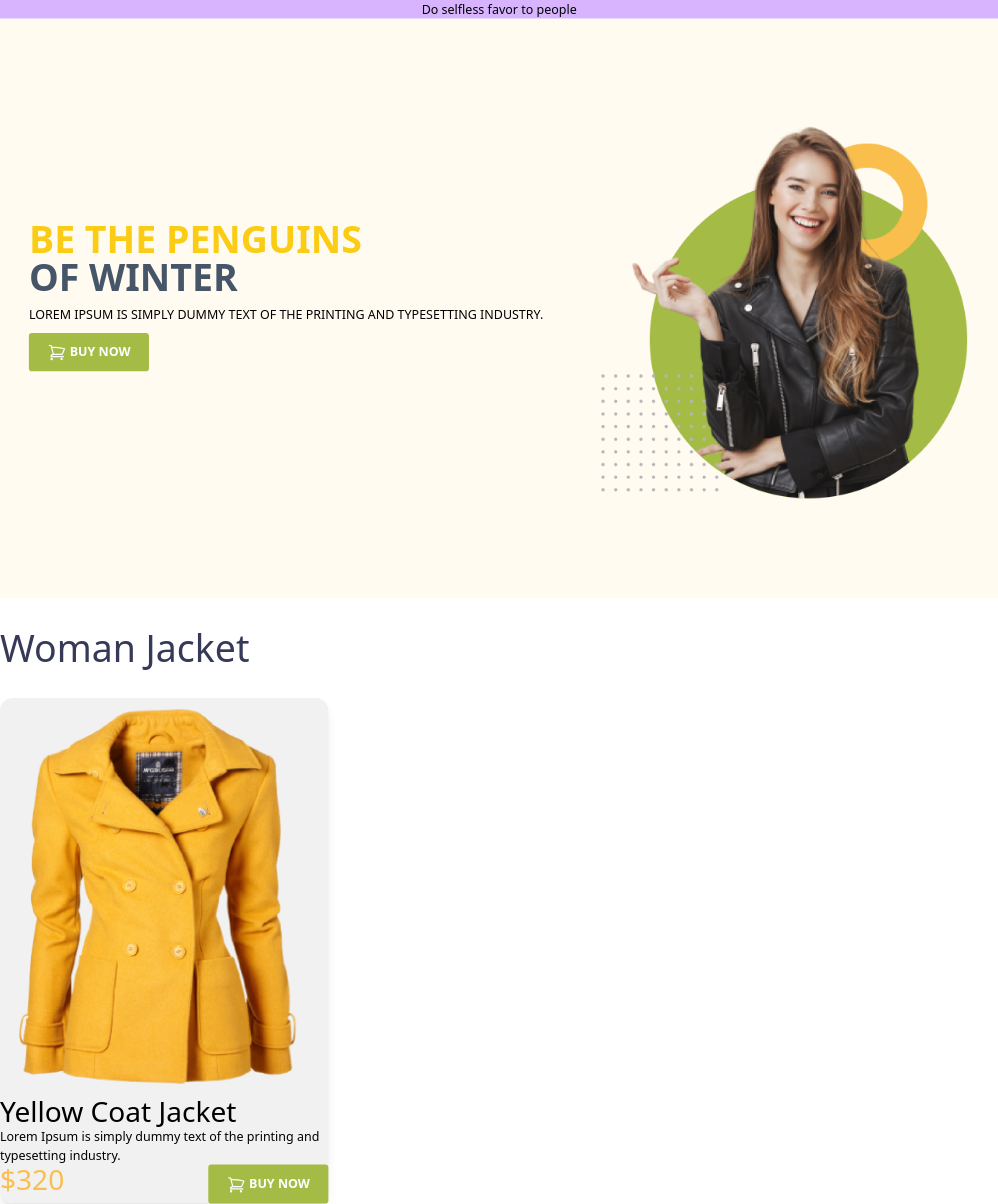
Repository: zjria/penguin-e-commerce-fashion
Page: index.html
An editor plug-in stored every save of this project. The page is shown before and after the next save, followed by the edit.
The browser window is 1280 px wide. The pictures show the whole page, at 78% of full size.
Some web libraries are served in a nearby version.

Above is the page before, as saved 2022-10-07 07:54:51.

### index.html
<!DOCTYPE html>
<html lang="en">

<head>
    <meta charset="UTF-8">
    <meta http-equiv="X-UA-Compatible" content="IE=edge">
    <meta name="viewport" content="width=device-width, initial-scale=1.0">
    <title>Penguin E-commerce</title>
    <!-- Google Fonts Link -->
    <link rel="preconnect" href="https://fonts.googleapis.com">
    <link rel="preconnect" href="https://fonts.gstatic.com" crossorigin>
    <link href="https://fonts.googleapis.com/css2?family=Bebas+Neue&family=Roboto:wght@100;300;400;500&display=swap"
        rel="stylesheet">

    <!-- Tailwind CSS CDN link -->
    <script src="https://cdn.tailwindcss.com"></script>
    <script>
        tailwind.config = {
            theme: {
                extend: {
                    colors: {
                        clifford: '#da373d',
                        header_bg: '#FFFBF0',
                        main_text_color: '#363958',
                        price_color: '#FABE4C',
                        card_bg: '#F1F1F1',
                        full_card_bg: '#FFFFFF'
                    }
                }
            }
        }
    </script>
</head>

<body>
    <h2 class="bg-purple-300 text-center font-header_text">Do selfless favor to people</h2>


    <!-- Header Section -->
    <header class="bg-header_bg pb-32 pt-24">
        <section class="container mx-auto uppercase sm:flex items-center justify-around">
            <div class="space-y-3">
                <h1 class="text-2xl sm:text-5xl font-bold font-header_text">
                    <span class="text-yellow-400">Be the Penguins</span> <br>
                    <span class="text-slate-600">of Winter</span>
                </h1>
                <p class="font-anther_text">Lorem Ipsum is simply dummy text of the printing
                    and typesetting industry.</p>
                <button class="uppercase bg-[#A4BC46] py-3 px-6 text-white font-semibold rounded font-anther_text"> <svg
                        xmlns="http://www.w3.org/2000/svg" fill="none" viewBox="0 0 24 24" stroke-width="1.5"
                        stroke="currentColor" class="w-6 h-6 inline text-white">
                        <path stroke-linecap="round" stroke-linejoin="round"
                            d="M2.25 3h1.386c.51 0 .955.343 1.087.835l.383 1.437M7.5 14.25a3 3 0 00-3 3h15.75m-12.75-3h11.218c1.121-2.3 2.1-4.684 2.924-7.138a60.114 60.114 0 00-16.536-1.84M7.5 14.25L5.106 5.272M6 20.25a.75.75 0 11-1.5 0 .75.75 0 011.5 0zm12.75 0a.75.75 0 11-1.5 0 .75.75 0 011.5 0z" />
                    </svg>
                    Buy Now</button>
            </div>
            <div class="pt-8 sm:pt-8">
                <img class=" w-1/2 sm:w-full" src="images/model.png" alt="">
            </div>
        </section>
    </header>

    <!-- Main Section Start -->
    <main>
        <section class="container mx-auto">
            <h2 class="text-5xl my-10 text-main_text_color font-header_text">Woman Jacket</h2>
            <div class="grid grid-cols-3 gap-2 full_card_bg">
                <div class="bg-card_bg rounded-2xl shadow-lg">
                    <div class="p-3">
                        <img src="images/jacket-1.png" alt="">
                    </div>
                    <h3 class="text-4xl">Yellow Coat Jacket</h3>
                    <p>Lorem Ipsum is simply dummy text of the
                        printing and typesetting industry.</p>
                    <div class="flex justify-between">
                        <h3 class="text-4xl text-price_color">$320</h3>
                        <button
                            class="uppercase bg-[#A4BC46] py-3 px-6 text-white font-semibold rounded font-anther_text">
                            <svg xmlns="http://www.w3.org/2000/svg" fill="none" viewBox="0 0 24 24" stroke-width="1.5"
                                stroke="currentColor" class="w-6 h-6 inline text-white">
                                <path stroke-linecap="round" stroke-linejoin="round"
                                    d="M2.25 3h1.386c.51 0 .955.343 1.087.835l.383 1.437M7.5 14.25a3 3 0 00-3 3h15.75m-12.75-3h11.218c1.121-2.3 2.1-4.684 2.924-7.138a60.114 60.114 0 00-16.536-1.84M7.5 14.25L5.106 5.272M6 20.25a.75.75 0 11-1.5 0 .75.75 0 011.5 0zm12.75 0a.75.75 0 11-1.5 0 .75.75 0 011.5 0z" />
                            </svg>
                            Buy Now</button>
                    </div>
                </div>
            </div>
        </section>
    </main>

</body>

</html>

After the next save:
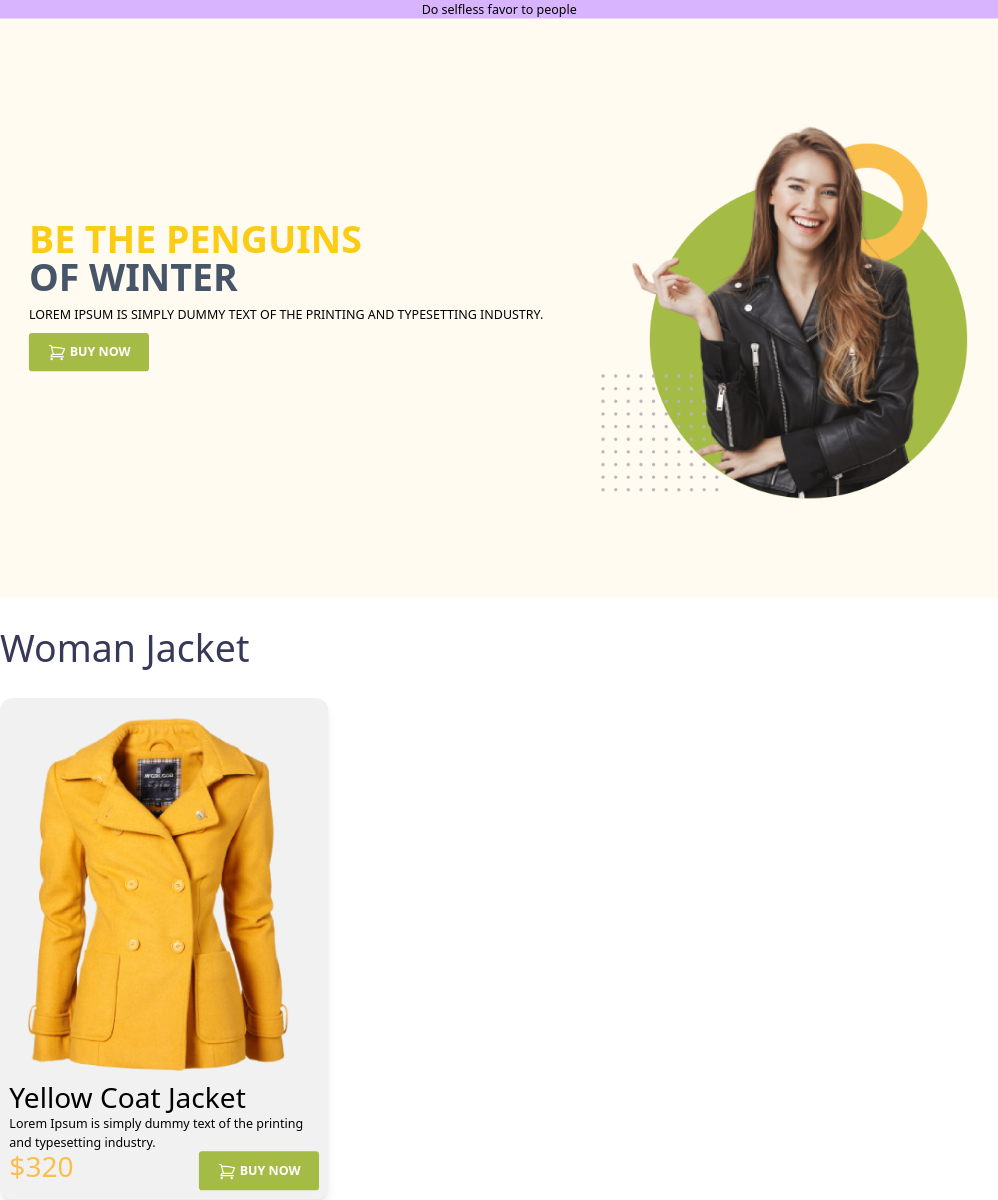
Saved 52 s later.
--- a/index.html
+++ b/index.html
@@ -65,7 +65,7 @@
         <section class="container mx-auto">
             <h2 class="text-5xl my-10 text-main_text_color font-header_text">Woman Jacket</h2>
             <div class="grid grid-cols-3 gap-2 full_card_bg">
-                <div class="bg-card_bg rounded-2xl shadow-lg">
+                <div class="bg-card_bg rounded-2xl shadow-lg p-3">
                     <div class="p-3">
                         <img src="images/jacket-1.png" alt="">
                     </div>
